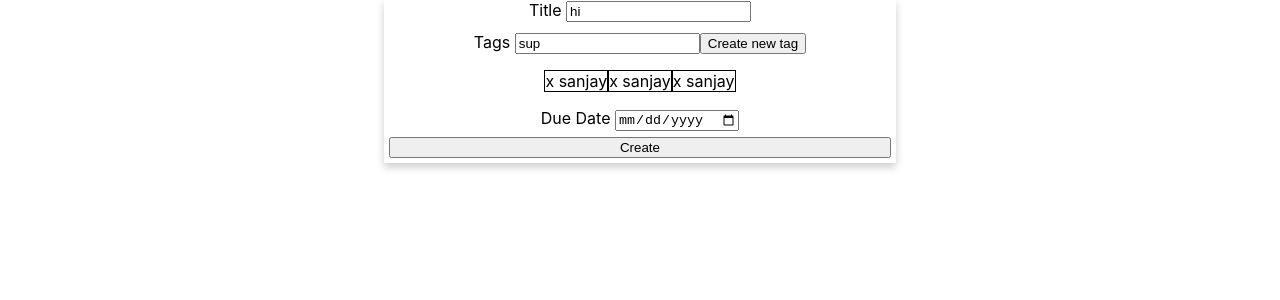
Repository: sanjayMamidipaka/reactappbits
Page: /
These files come from the project's save history. The page is drawn as it stood at one moment and after the next save; the edit follows.
The browser window is 1280 px wide. The pictures show the whole page.
The project was rebuilt for these pictures with package versions that can differ from the ones it lists, and the page was loaded fresh each time.

Above is the page before, as saved 2022-01-18 12:07:13.

After the next save:
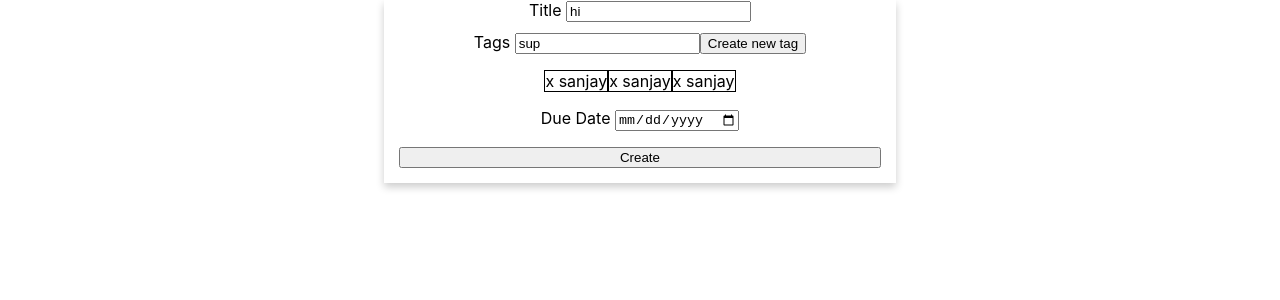
Saved 9 s later.
--- a/src/components/TodoList.tsx
+++ b/src/components/TodoList.tsx
@@ -79,7 +79,7 @@ export default function TodoList() {
           onChange={(e) => setEmail(e.target.value)}
         />
 
-        <div style={{padding: '5px'}} className = 'submitButton'>
+        <div style={{padding: '15px'}} className = 'submitButton'>
           <button style ={{width: '100%'}} type='submit'>Create</button>
         </div>
 
